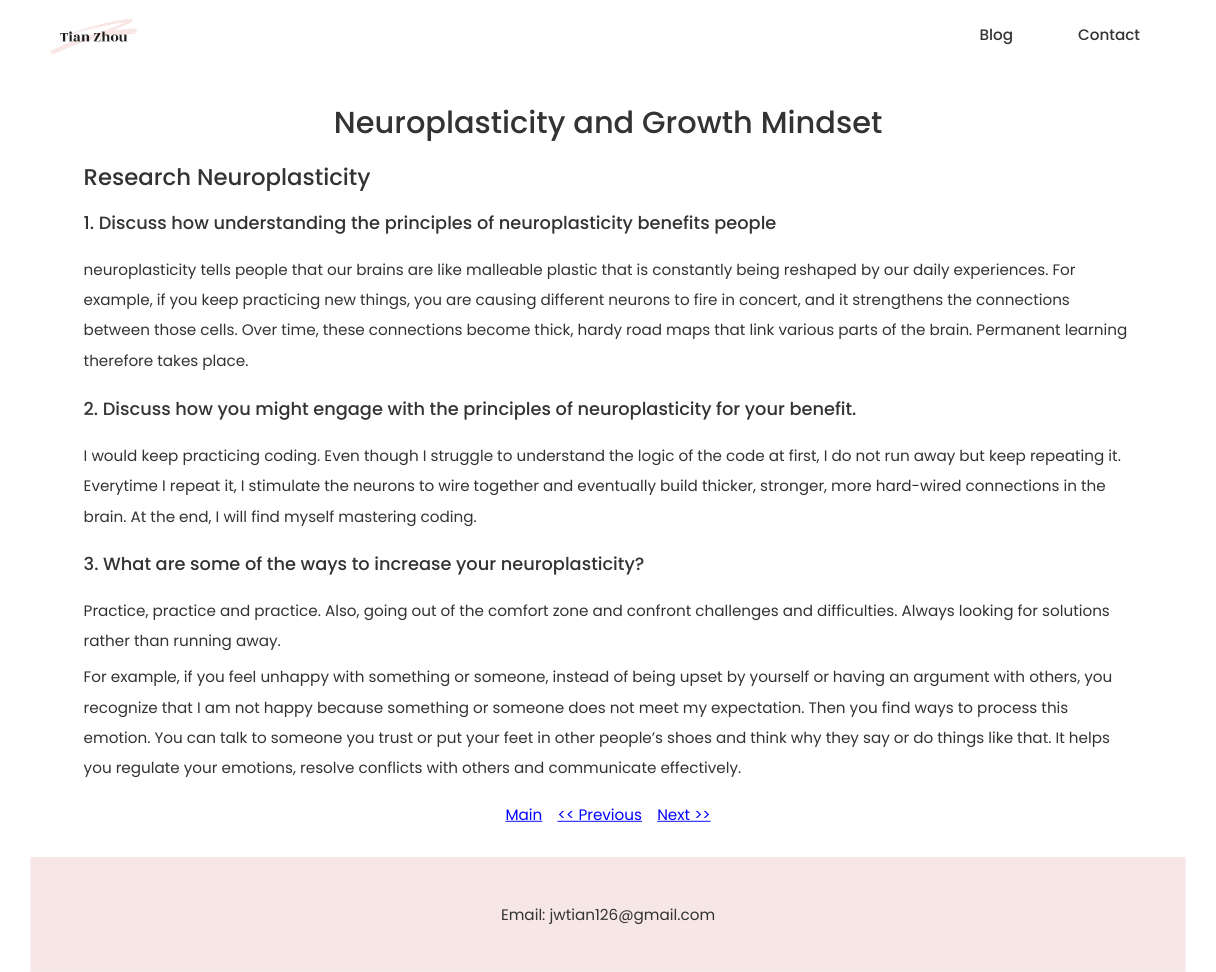
Repository: Tiaanz/Tiaanz.github.io
Page: blog/neuroplasticity.html
An editor plug-in stored every save of this project. The page is shown before and after the next save, followed by the edit.
The browser window is 1280 px wide. The pictures show the whole page, at 95% of full size.

Above is the page before, as saved 2023-01-30 14:30:30.

After the next save:
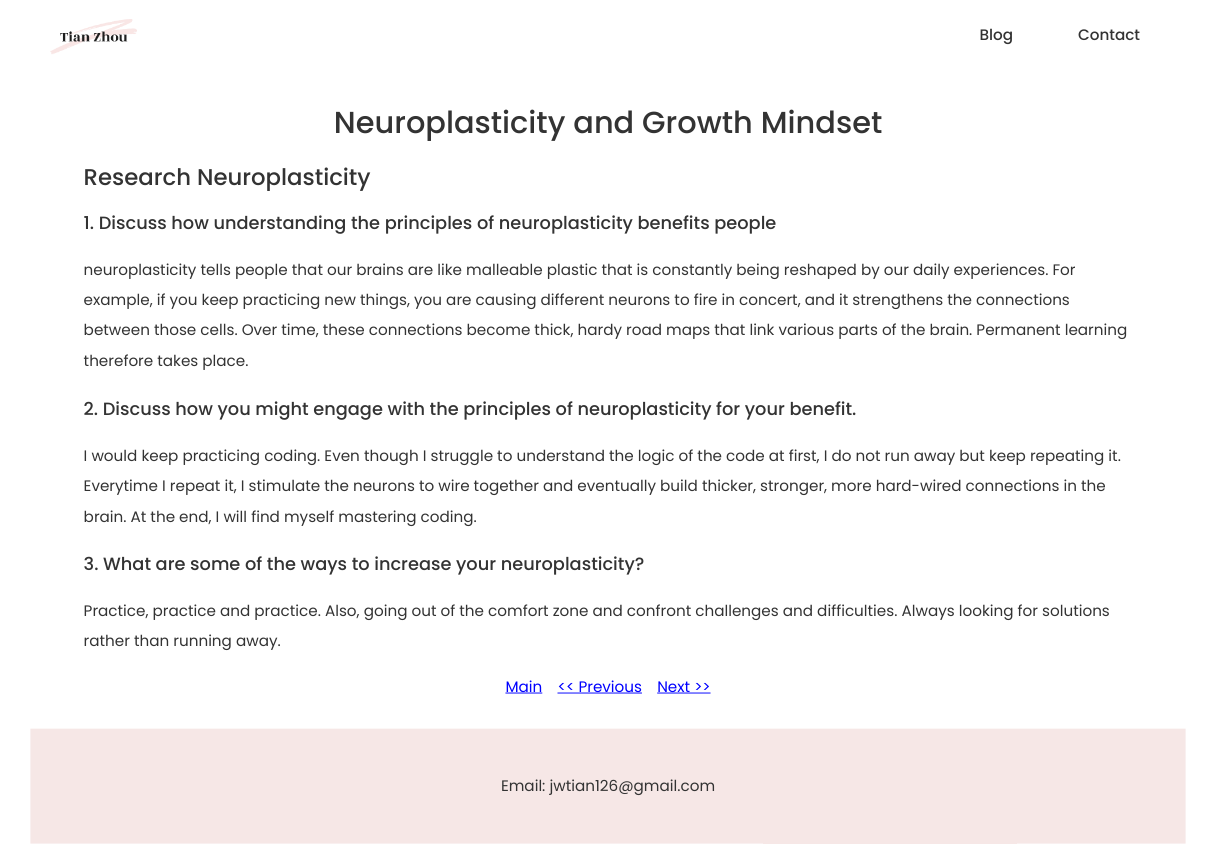
Saved 13 s later.
--- a/blog/neuroplasticity.html
+++ b/blog/neuroplasticity.html
@@ -36,11 +36,7 @@
             <p>I would keep practicing coding. Even though I struggle to understand the logic of the code at first, I do not run away but keep repeating it. Everytime I repeat it, I stimulate the neurons to wire together and eventually build thicker, stronger, more hard-wired connections in the brain. At the end, I will find myself mastering coding.</p>
             <h3>3. What are some of the ways to increase your neuroplasticity?</h3>
             <p>Practice, practice and practice. Also, going out of the comfort zone and confront challenges and difficulties. Always looking for solutions rather than running away.</p>
-            <p>For example, if you feel unhappy with something or someone, instead of being upset by yourself or having
-                an argument with others, you recognize that I am not happy because something or someone does not meet my
-                expectation. Then you find ways to process this emotion. You can talk to someone you trust or put your
-                feet in other people’s shoes and think why they say or do things like that. It helps you regulate your
-                emotions, resolve conflicts with others and communicate effectively.</p>
+
             <div class="page-nav">
                 <a href="../index.html">Main</a>
                 <a href="./emotional-intelligence.html"> &lt&lt Previous</a>
